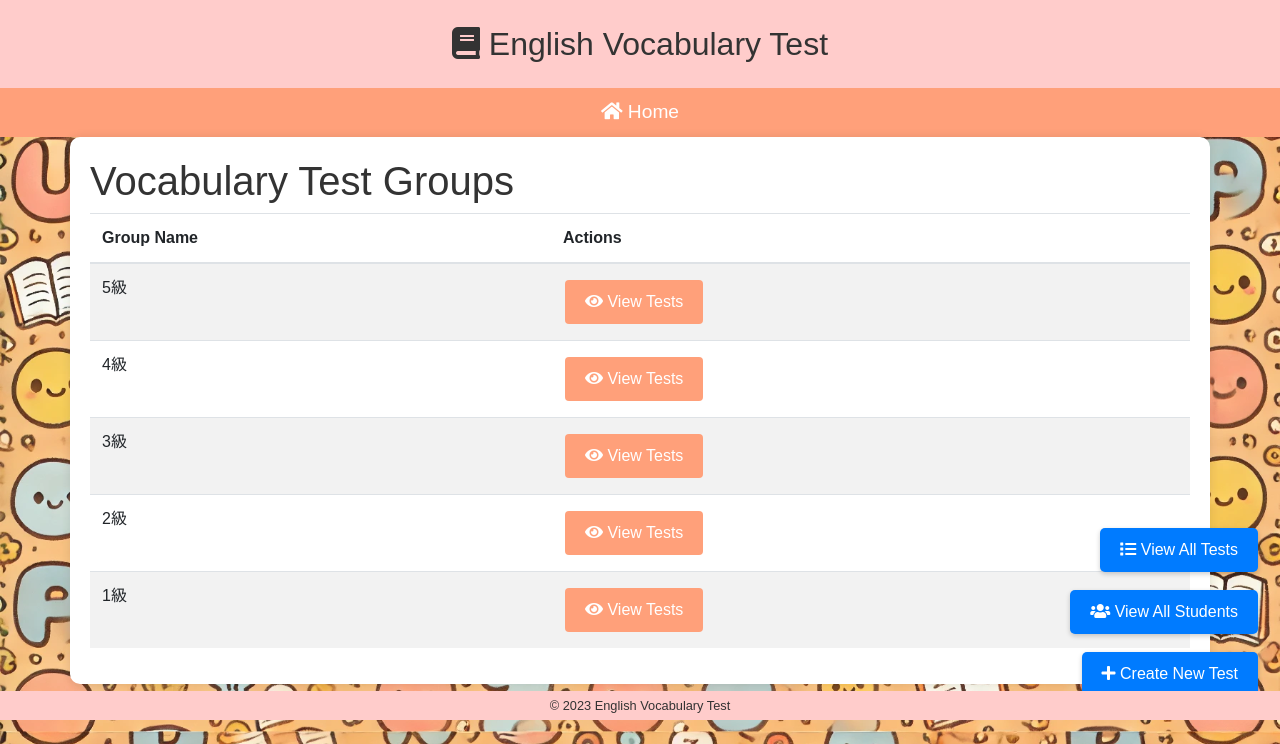
Repository: YamatoGH/testapp
Page: http://localhost/
An editor plug-in stored every save of this project. The page is shown before and after the next save, followed by the edit.
The browser window is 1280 px wide. The pictures show the whole page.
Backgrounds fixed to the window are drawn as part of the page. The page is served by the project's application, run on Django 5.2 (manage.py). The page reads the database file committed with the project.

Above is the page before, as saved 2024-07-21 11:20:39.

After the next save:
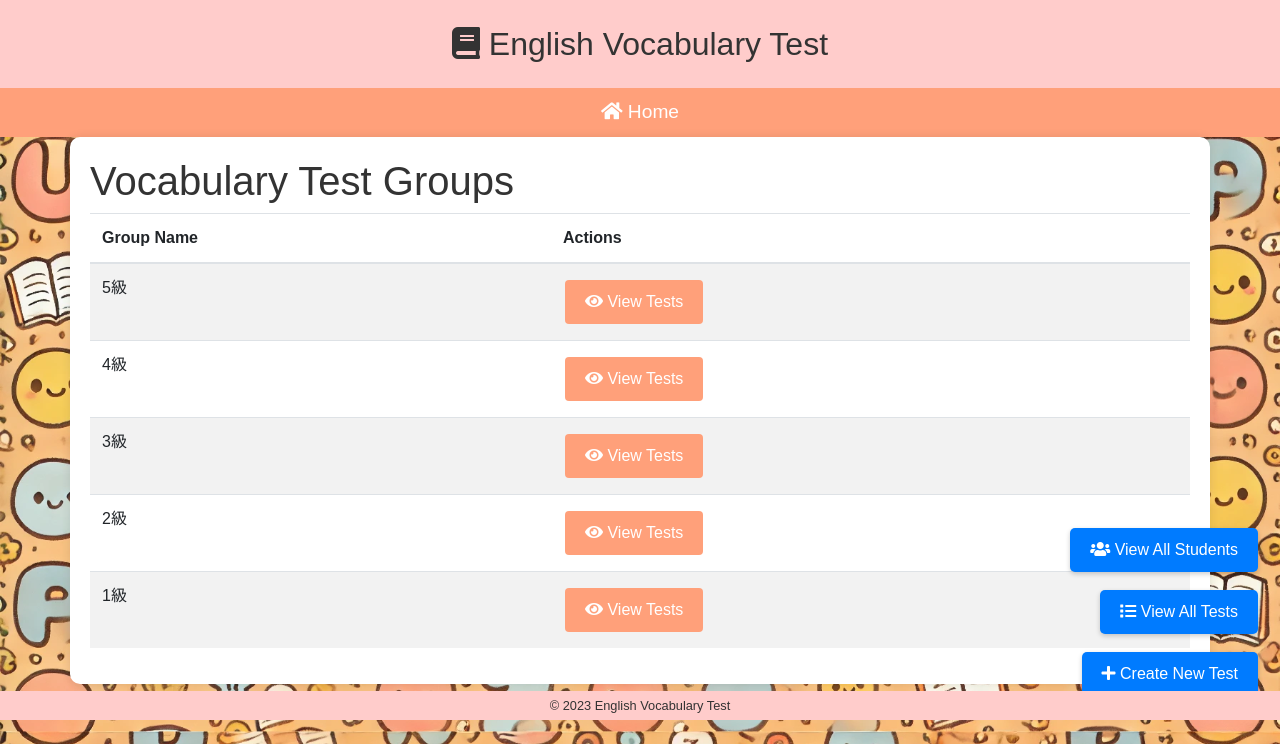
Saved 16 min 48 s later.
--- a/testapp/templates/testapp/home.html
+++ b/testapp/templates/testapp/home.html
@@ -22,13 +22,8 @@
 </table>
 
 <div class="fixed-buttons">
-    <!-- すべてのテストを表示するボタン -->
+    <a href="{% url 'student_list' %}" class="btn btn-custom view-all-students-button"><i class="fas fa-users"></i> View All Students</a>
     <a href="{% url 'all_tests' %}" class="btn btn-custom all-tests-button"><i class="fas fa-list"></i> View All Tests</a>
-
-    <!-- すべての生徒を表示するボタン -->
-    <a href="{% url 'student_list' %}" class="btn btn-custom view-all-students-button"><i class="fas fa-users"></i> View All Students</a>
-
-    <!-- 新しいテストを作成するボタン -->
     <a href="{% url 'create_test' %}" class="btn btn-custom create-test-button"><i class="fas fa-plus"></i> Create New Test</a>
 </div>
 
